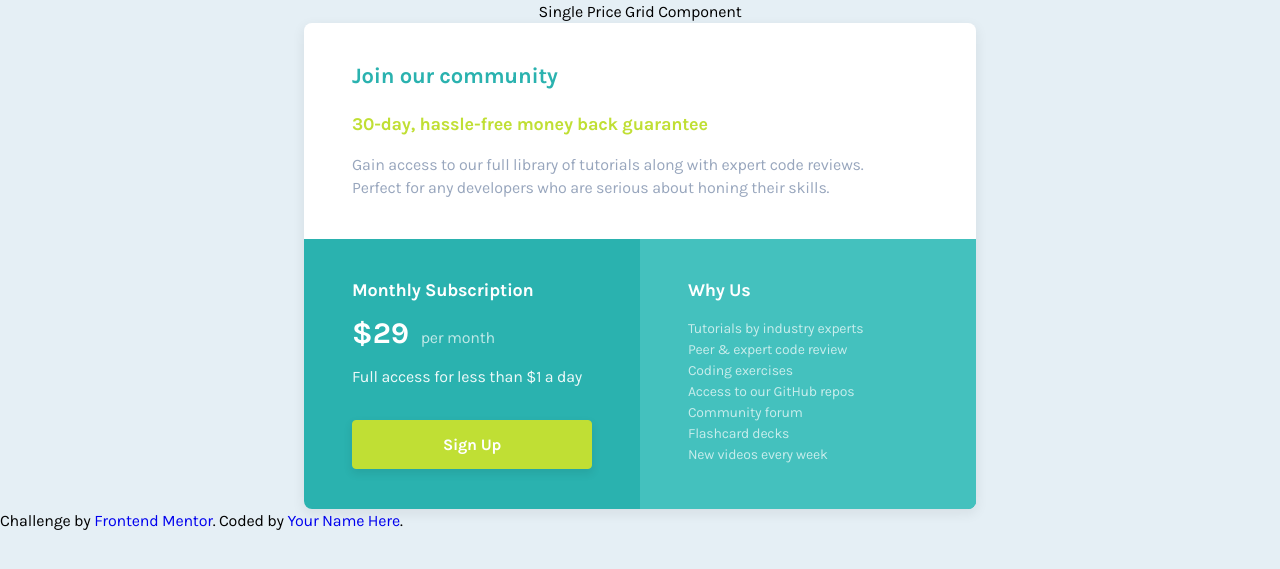
Repository: bangjuyoung/bangjuyoung
Page: practice/frontend-mentor/single-price-grid-component/index.html
The author's editor kept a copy of each file at every save. The page is drawn from the files as they stood at one save, then again after the next save.
The browser window is 1280 px wide. The pictures show the whole page.

Above is the page before, as saved 2019-06-16 15:32:16.

### practice/frontend-mentor/single-price-grid-component/index.html
<!DOCTYPE html>
<html lang="en">

<head>
  <meta charset="UTF-8">
  <meta name="viewport" content="width=device-width, initial-scale=1.0">
  <title>Frontend Mentor | Single Price Grid Component</title>
  <link rel="icon" type="image/png" sizes="32x32" href="./images/favicon-32x32.png">
  <link rel="stylesheet" href="../../../assets/css/base.css">
  <link href="https://fonts.googleapis.com/css?family=Karla:400,700&display=swap" rel="stylesheet">
  <link rel="stylesheet" href="./default.css">
</head>

<body class="bg-gray--pale">
  <main role="main" class="">
    <div class="text-center page-content__header">
      <h1 class="page-title">Single Price Grid Component</h1>
    </div>

    <article class="single-price__wrapper">

      <div class="bg-white single-price__primary">
        <section class="text-primary--gray single-price single-price1">
          <div class="single-price__body">
            <h2 class="text-primary single-price__title">Join our community</h2>
            <h3 class="text-secondary single-price__subtitle">30-day, hassle-free money back guarantee</h3>
            <p>Gain access to our full library of tutorials along with expert code reviews.</p>
            <p>Perfect for any developers who are serious about honing their skills.</p>
          </div>
        </section>
      </div>

      <div class="theme-primary single-price__secondary">
        <section class="single-price single-price2">
          <div class="single-price__body">
            <h3 class="text-white single-price__subtitle">Monthly Subscription</h3>
            <div class="single-price__divider">
              <p class="text-light single-price__text">
                <strong class="text-white single-price__display1">&dollar;29</strong> per month
              </p>
              <p class="single-price__text">Full access for less than &dollar;1 a day</p>
            </div>
            <a href="/" class="btn btn-secondary btn-block btn--float">Sign Up</a>
          </div>
        </section>

        <section class="theme-primary--light single-price single-price3">
          <div class="single-price__body single-price__body2">
            <h4 class="text-white single-price__subtitle">Why Us</h4>
            <p>
              Tutorials by industry experts<span class="newline"></span>
              Peer &amp; expert code review<span class="newline"></span>
              Coding exercises<span class="newline"></span>
              Access to our GitHub repos<span class="newline"></span>
              Community forum<span class="newline"></span>
              Flashcard decks<span class="newline"></span>
              New videos every week
            </p>
          </div>
        </section>
      </div>

    </article>
  </main>


  <footer role="contentinfo">
    <p class="attribution">
      Challenge by <a href="https://www.frontendmentor.io?ref=challenge" target="_blank" rel="noopener">Frontend
        Mentor</a>.
      Coded by <a href="#">Your Name Here</a>.
    </p>
  </footer>
</body>

</html>

### assets/css/base.css
@charset "UTF-8";

/*
// Base
//
// Normalization of HTML elements, manually forked from Normalize.css to remove
// styles targeting irrelevant browsers while applying new styles.
//
// Normalize is licensed MIT. https://github.com/necolas/normalize.css
*/

/*
 * Document
 */

*,
*::before,
*::after {
  /* padding 과 border 가 요소 너비에 포함되도록 설정 */
  box-sizing: border-box;
}

html {
  /* 모든 브라우저에 기본 폰트 및 line-height 설정 */
  font-family: sans-serif;
  line-height: 1.15;
  /* window 폰의 IE 나 iOS 에서 방향 변경시 폰트 사이즈 수정되는 현상 막음 */
  -webkit-text-size-adjust: 100%;
  /* @viewport 설정시 IE11 과 Edge 에서 스크롤바가 컨텐트에 겹치므로 겹치지 않고 자동 숨김 되지 않도록 강제 */
  -ms-overflow-style: scrollbar;
  /* iOS 에서 완전히 투명으로 보이기 위해 기본 탭 하이라이트 변경 */
  -webkit-tap-highlight-color: rgba(0, 0, 0, 0);
}

/* IE10 이하 및 오래된 브라우저에서 새 HTML5 요소들 맞게 표시 */
article,
aside,
figcaption,
figure,
footer,
header,
hgroup,
main,
nav,
section {
  display: block;
}

/* 여백 초기화 */
body,
h1,
h2,
h3,
h4,
h5,
h6,
p,
ol,
ul,
dl,
blockquote,
pre,
figure,
input,
button,
select,
optgroup,
textarea,
fieldset {
  margin: 0;
}

/*
 * Body
 */

/*
  -apple-system, // Safari for OS X and iOS (San Francisco)
  BlinkMacSystemFont, // Chrome < 56 for OS X (San Francisco)
  "Segoe UI", // Windows
  "Roboto", // Android
  "Helvetica Neue", Arial, sans-serif, // Basic web fallback
  "Apple Color Emoji", "Segoe UI Emoji", "Segoe UI Symbol" !default; // Emoji fonts
 */

body {
  font-family: -apple-system, BlinkMacSystemFont, 'Segoe UI', Roboto,
    'Helvetica Neue', Arial, Noto Sans, sans-serif, 'Apple Color Emoji',
    'Segoe UI Emoji', 'Segoe UI Symbol', 'Noto Color Emoji';
  font-size: 1rem;
  font-weight: 400;
  line-height: 1.5;
  /* 명시적으로 기본값을 지정해 하위 요소들이 상속 받을 수 있게 함 */
  text-align: left;
  /* 기본 배경색 지정 */
  background-color: #fff;
}

body,
input,
textarea,
select,
button {
  font-synthesis: none;
  -moz-font-feature-settings: 'kern';
  -webkit-font-smoothing: antialiased;
  -moz-osx-font-smoothing: grayscale;
}

/*
 * Future-proof rule: in browsers that support :focus-visible,
 * focus outline 을 표시하지 않는 요소에 프로그램적으로 포커스가 갔을때 focus outline 숨김
 *
 * See https://developer.mozilla.org/en-US/docs/Web/CSS/:focus-visible
 * and https://developer.paciellogroup.com/blog/2018/03/focus-visible-and-backwards-compatibility/
 */
[tabindex='-1']:focus:not(:focus-visible) {
  outline: 0 !important;
}

/*
 * Content grouping
 *
 */

hr {
  box-sizing: content-box;
  height: 0;
  /* Edge와 ie에서 overflow 표시 */
  overflow: visible;
}

/*
 * Typography
 */

h1,
h2,
h3,
h4,
h5,
h6 {
  font-size: inherit;
  font-weight: inherit;
}

/*
 * Abbreviations
 */

abbr[title] {
  /* Chrome, Edge, IE, Opera, 그리고 Safari 에서 테스트 표시줄 스타일 정정 */
  text-decoration: underline;
  text-decoration: underline dotted;
  /* 바뀐 행위를 나타내기 위해 명시적으로 커서를 추가 */
  cursor: help;
  /* Firefox 39이하에서 나타나는 테스트 하단 테투리 제거 */
  border-bottom: 0;
  /* 텍스트 표시줄이 건너뛰지 않도록 설정 */
  text-decoration-skip-ink: none;
}

address {
  font-style: normal;
  line-height: inherit;
}

b,
strong {
  /* Chrome, Edge, 그리고 Safari 에서 올바른 글자 굵기 정정 */
  font-weight: bolder;
}

small {
  /* 모든 브라우저에서 글자 크기 정정 */
  font-size: 85%;
}

/*
 * 모든 브라우저에서 sub 과 sup 요소들이 즐 간격 영향 받지 않도록 설정
 */

sub,
sup {
  position: relative;
  font-size: 75%;
  line-height: 0;
  vertical-align: baseline;
}

sub {
  bottom: -0.25em;
}

sup {
  top: -0.5em;
}

/*
 * Links
 */

a {
  text-decoration: none;
  /* IE 10 에서 현재 열려 있는 링크에 나타나는 회색배경색을 제거 */
  background-color: transparent;
}

a:hover {
  text-decoration: underline;
}

/*
 * tablindex 없이는 명시적으로 키보드 포커스가 가능하지 않도록 href 속성이 없는 플레이스 홀더 링크/네임 앵커에 대한 스타일 재지정
 * 단순히 a[href] 로 스타일 지정이 간단할 수 있지만, 많은 다른 스타일내에서 고치기엔 복잡한 특정 이슈 유발 가능성 존재
 * See https://github.com/twbs/bootstrap/issues/19402
 */

a:not([href]):not([tabindex]) {
  color: inherit;
  text-decoration: none;
}

a:not([href]):not([tabindex]):hover,
a:not([href]):not([tabindex]):focus {
  color: inherit;
  text-decoration: none;
}

a:not([href]):not([tabindex]):focus {
  outline: 0;
}

/*
 * Code
 */

pre,
code,
kbd,
samp {
  font-family: SFMono-Regular, Menlo, Monaco, Consolas, 'Liberation Mono',
    'Courier New', monospace;
  /* 모든 브라우저에서 이상한 em 글자 크기 정정 */
  font-size: 1em;
}

pre {
  /* 바깥 영역을 깨지 않도록 내용 영역 오버플로우 설정 */
  overflow: auto;
  /* IE11 와 Edge 에서 @viewport 설정시 스크롤바가 내용을 덮는 현상에서 내용 덮지 않고 자동으로 숨겨지지 않도록 재지정  */
  -ms-overflow-style: scrollbar;
}

/*
 * Images and content
 */

img {
  vertical-align: middle;
  /* IE10 이하에서 링크 내 이미지 요소들에 테두리 제거 */
  border-style: none;
}

svg {
  /*
     * IE10/11 에서 오버플로우 되는 버그로 인해 필요
     * See https://github.com/twbs/bootstrap/issues/26878
     */
  overflow: hidden;
  vertical-align: middle;
}

/*
 * Tables
 */

table {
  /* Prevent double borders 테두리들이 맞 닿았을 때 합쳐지도록 설정 */
  border-collapse: collapse;
}

/* body 요소나 가장 가까운 부모로 부터 지정된 텍스트 정렬 요소를 상속해 td 요소 정렬과 일치 */
caption,
th {
  text-align: inherit;
}

/*
 * Forms
 */

/*
 * macOS Chrome 에서 추가되는 기본 border-radius  제거
 * Details at https://github.com/twbs/bootstrap/issues/24093
 */
button {
  border-radius: 0;
}

/* Firefox/IE 에서 button 배경색이 투명일 때 기본 button 포커스 스타일이 손실되는 버그 피함
 * Credit: https://github.com/suitcss/base/
 */
button:focus {
  outline: 1px dotted;
  outline: 5px auto -webkit-focus-ring-color;
}

input,
button,
select,
optgroup,
textarea {
  font-family: inherit;
  font-size: inherit;
  line-height: inherit;
}

button,
input {
  /* Edge 에서 overflow 보임  */
  overflow: visible;
}

button,
select {
  /* Firefox 에서 텍스트 변형 상속되는 것을 제거 */
  text-transform: none;
}

/* 1. Android 4 에서 기본 audio 와 video 컨트롤이 제거되는 WebKit 버그 제거 */
button,
[type="button"],
/* 1 */
[type="reset"],
[type="submit"] {
  /* iOS 와 Safari 에서 클릭 가능한 타입으로 스타일 정정  */
  -webkit-appearance: button;
}

/* Firefox 에서 안쪽 테두리와 여백 제거하고 Normalize 처럼 outline 을 복원하지 않음 */
button::-moz-focus-inner,
[type='button']::-moz-focus-inner,
[type='reset']::-moz-focus-inner,
[type='submit']::-moz-focus-inner {
  padding: 0;
  border-style: none;
}

/* IE 10 이하에서 box sizing 정정 추가 및 padding 제거 */
input[type='radio'],
input[type='checkbox'] {
  box-sizing: border-box;
  padding: 0;
}

input[type='date'],
input[type='time'],
input[type='datetime-local'],
input[type='month'] {
  /* Mobile Safari 에서 line-height 설정시 텍스트가 input 내 수직 중양 정렬되지 않는 버그를 피하기 위해 시간 input 기본 모양 제거
    // See https://bugs.webkit.org/show_bug.cgi?id=139848
    // and https://github.com/twbs/bootstrap/issues/11266
    */
  -webkit-appearance: listbox;
}

textarea {
  /* IE 에서 기본 수직 스크롤바 제거 */
  overflow: auto;
  /* textarea 는 수직으로만 리사이즈 되도록 설정 */
  resize: vertical;
}

fieldset {
  /*
     * fieldsets 은 min-width이 min-content 로 일반 블록 요소처럼 min-width 재지정
     * See https://github.com/twbs/bootstrap/issues/12359
     * and https://html.spec.whatwg.org/multipage/#the-fieldset-and-legend-elements
     * 페이지 레이아웃에 영향을 주지 않도록 기본 스타일 리셋
     */
  min-width: 0;
  padding: 0;
  border: 0;
}

/* 1. Edge 와 IE 에서 텍스트 래핑 정정 */
legend {
  display: block;
  width: 100%;
  /* 1 */
  max-width: 100%;
  margin-bottom: 0.5rem;
  padding: 0;
  font-size: 1.5rem;
  /* IE 에서 fieldset 요소로 부터 색상 상속하도록 정정 */
  color: inherit;
  line-height: inherit;
  /* 1 */
  white-space: normal;
}

progress {
  /* Chrome, Firefox, Opera 에서 vertical alignment 스타일 추가 */
  vertical-align: baseline;
}

[type='number']::-webkit-inner-spin-button,
[type='number']::-webkit-outer-spin-button {
  /* Chrome 에서 증감 버튼 커서 스타일 정정 */
  height: auto;
}

[type='search'] {
  /*
     * iOS 에서 검색 input 의 추가적인 둥근 코너를 오버라이드하여
     * 기본 form-control 클래스 스타일이 적절히 스타일 적용될 수 있도록 함
     * https://github.com/twbs/bootstrap/issues/11586.
     * Safari 에서 outline 스타일 정정
     */
  outline-offset: -2px;
  -webkit-appearance: none;
}

/*
 * macOS 에서 Chrome 과 Safari 에서 안쪽 여백 제거
 */

[type='search']::-webkit-search-decoration {
  -webkit-appearance: none;
}

::-webkit-file-upload-button {
  font: inherit;
  /* iOS 와 Safari 에서 클릭가능한 타입으로 정정 */
  -webkit-appearance: button;
}

/*
* 요소 디스플레이 정정
*/

output {
  display: inline-block;
}

summary {
  /* 모든 브라우저에서 적절한 디스플레이 속성 추가 */
  display: list-item;
  cursor: pointer;
}

template {
  /* IE에서 필요 */
  display: none;
}

[hidden] {
  /* hidden 속성을 가진 HTML 요소는 항상 숨김 (from PureCSS), IE 10 이하에서 필요 */
  display: none !important;
}

### practice/frontend-mentor/single-price-grid-component/default.css
@charset "UTF-8";

html {
    font-size: 15px;
}

body {
    font-family: 'Karla', sans-serif;
    letter-spacing: -0.013em;
    line-height: 1.44;
}

@media (min-width: 48rem) {
    html {
        font-size: 16px;
    }
}

.btn {
    display: inline-block;
    padding: 0.75rem 1.25rem;
    font-weight: 700;
    text-align: center;
    border: 1px solid transparent;
    border-radius: 0.25rem;
}

.btn:hover {
    text-decoration: none;
    transition: color 0.3s ease-out, background-color 0.3s ease-out, box-shadow 0.3s ease-out;
}

.btn-block {
    width: 100%;
}

.btn--float {
    box-shadow: 0 4px 8px 1px rgba(0, 0, 0, 0.08);
}

.btn--float:hover {
    box-shadow: 0 0 0 0 rgba(0, 0, 0, 0.08);
}

.newline {
    display: block;
}

.text-center {
    text-align: center;
}


/*
 * single-price
 */
.single-price__wrapper {
    overflow: hidden;
    max-width: 24rem;
    margin-left: auto;
    margin-right: auto;
    border-radius: 0.5rem;
    box-shadow: 0 4px 12px 2px rgba(0, 0, 0, 0.06);
}

.single-price__divider {
    margin-bottom: 2rem;
}

.single-price__text+.single-price__text {
    margin-top: 1rem;
}

.single-price__body {
    padding: 2.5rem 3rem;
}

@media (min-width: 44rem) {
    .single-price__wrapper {
        max-width: 42rem;
    }

    .single-price__secondary {
        position: relative;
    }

    .single-price__secondary::before {
        content: '';
        z-index: 0;
        position: absolute;
        top: 0;
        right: 0;
        bottom: 0;
        left: 50%;
        background-color: hsl(179, 50%, 51%);
    }

    .single-price__secondary::after {
        content: '';
        display: block;
        clear: both;
    }

    .single-price__secondary .single-price {
        z-index: 1;
        position: relative;
        float: left;
        width: 50%;
    }
}

.single-price__title {
    margin-bottom: 1.5rem;
    font-size: 1.375rem;
    font-weight: 700;
    line-height: 1.2;
}

.single-price__subtitle {
    margin-bottom: 1rem;
    font-size: 1.125rem;
    font-weight: 700;
    line-height: 1.3;
}

.single-price__display1 {
    font-size: 1.875rem;
    font-weight: 700;
    letter-spacing: 0;
    line-height: 1;
}

.single-price__body2 {
    font-size: 0.875rem;
    line-height: 1.5;
}


/*
 * specific
 */

.single-price2 .single-price__display1 {
    margin-right: 0.5rem;
}

.single-price3 .newline {
    display: none;
}

@media (min-width: 44rem) {
    .single-price3 .newline {
        display: block;
    }
}


/*
 * theme
 */

.btn-secondary {
    color: #fff;
    background-color: hsl(71, 73%, 54%);
    border-color: hsl(71, 73%, 54%);
}

.theme-primary {
    color: rgba(255, 255, 255, 0.92);
    background-color: hsl(179, 62%, 43%);
}

.theme-primary--light {
    color: rgba(255, 255, 255, 0.7);
    background-color: hsl(179, 50%, 51%);
}

.bg-gray--pale {
    background-color: hsl(204, 43%, 93%);
}

.bg-white {
    background-color: #fff;
}

.text-primary {
    color: hsl(179, 62%, 43%);
}

.text-primary--gray {
    color: hsl(218, 22%, 67%);
}

.text-secondary {
    color: hsl(71, 73%, 54%);
}

.text-gray--pale {
    color: hsl(204, 43%, 93%);
}

.text-white {
    color: #fff;
}

.text-light {
    color: rgba(255, 255, 255, 0.7);
}

After the next save:
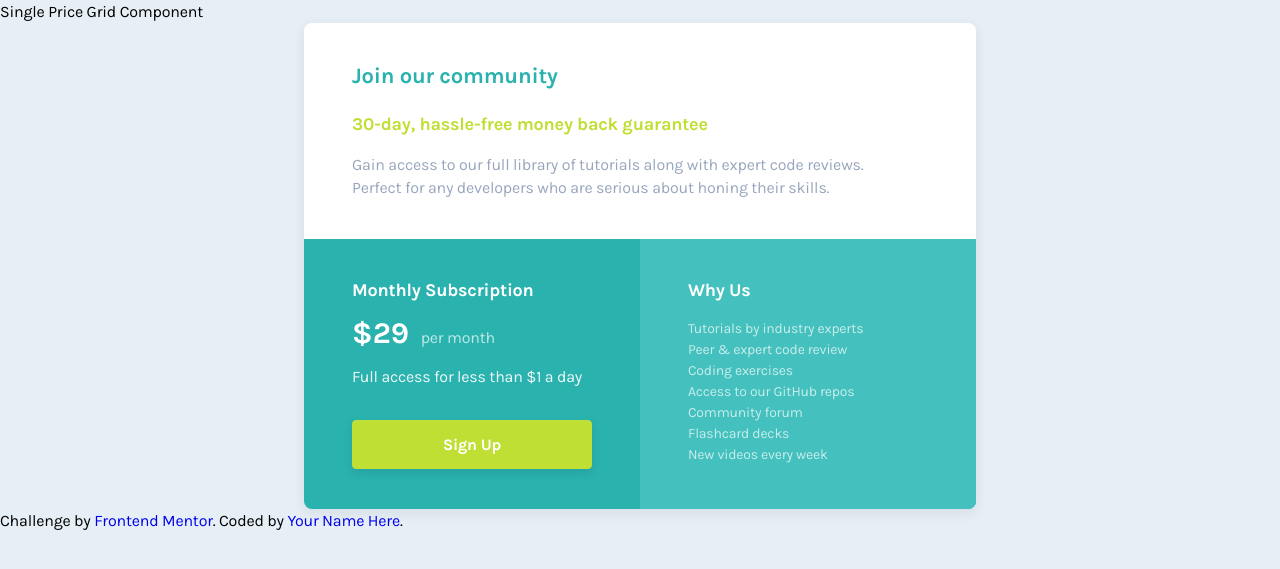
Saved 15 s later.
--- a/practice/frontend-mentor/single-price-grid-component/index.html
+++ b/practice/frontend-mentor/single-price-grid-component/index.html
@@ -13,9 +13,7 @@
 
 <body class="bg-gray--pale">
   <main role="main" class="">
-    <div class="text-center page-content__header">
-      <h1 class="page-title">Single Price Grid Component</h1>
-    </div>
+    <h1>Single Price Grid Component</h1>
 
     <article class="single-price__wrapper">
 
